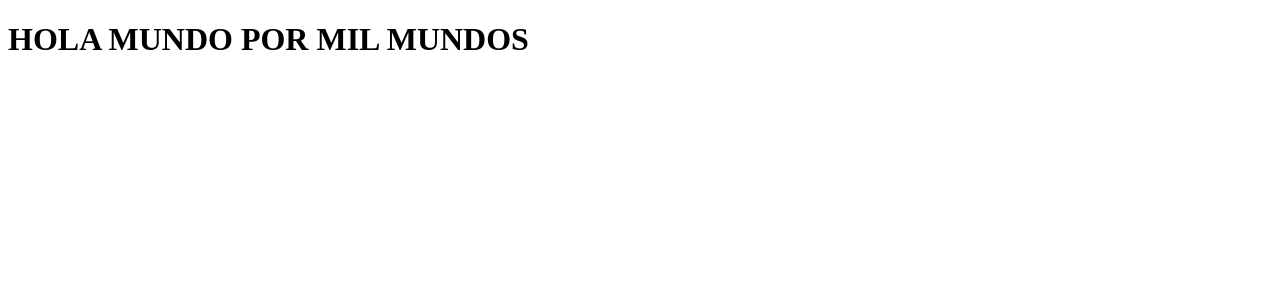
Repository: lunajuan2790/MyWeb
Page: hola_mundo.html
These files come from the project's save history. The page is drawn as it stood at one moment and after the next save; the edit follows.
The browser window is 1280 px wide. The pictures show the whole page.

Above is the page before, as saved 2025-02-18 22:03:28.

After the next save:
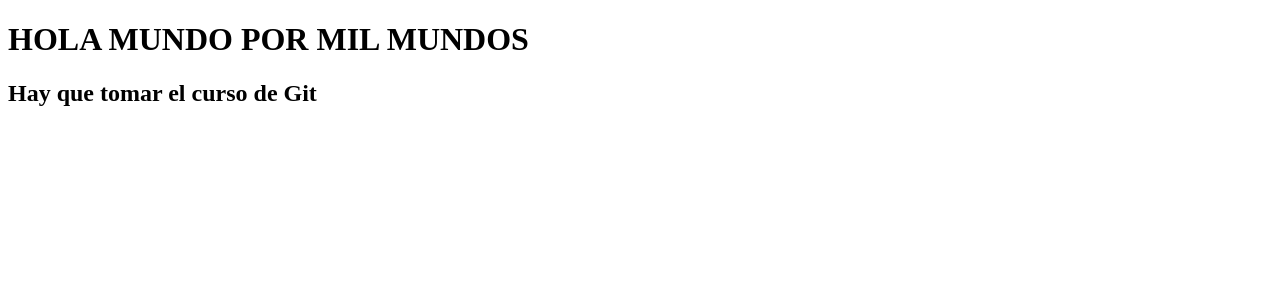
Saved 2 days later.
--- a/hola_mundo.html
+++ b/hola_mundo.html
@@ -6,6 +6,9 @@
     <body>
         <div>
             <h1>HOLA MUNDO POR MIL MUNDOS</h1>
+            <h2>
+                Hay que tomar el curso de Git
+            </h2>
         </div>
     </body>
 </html>
